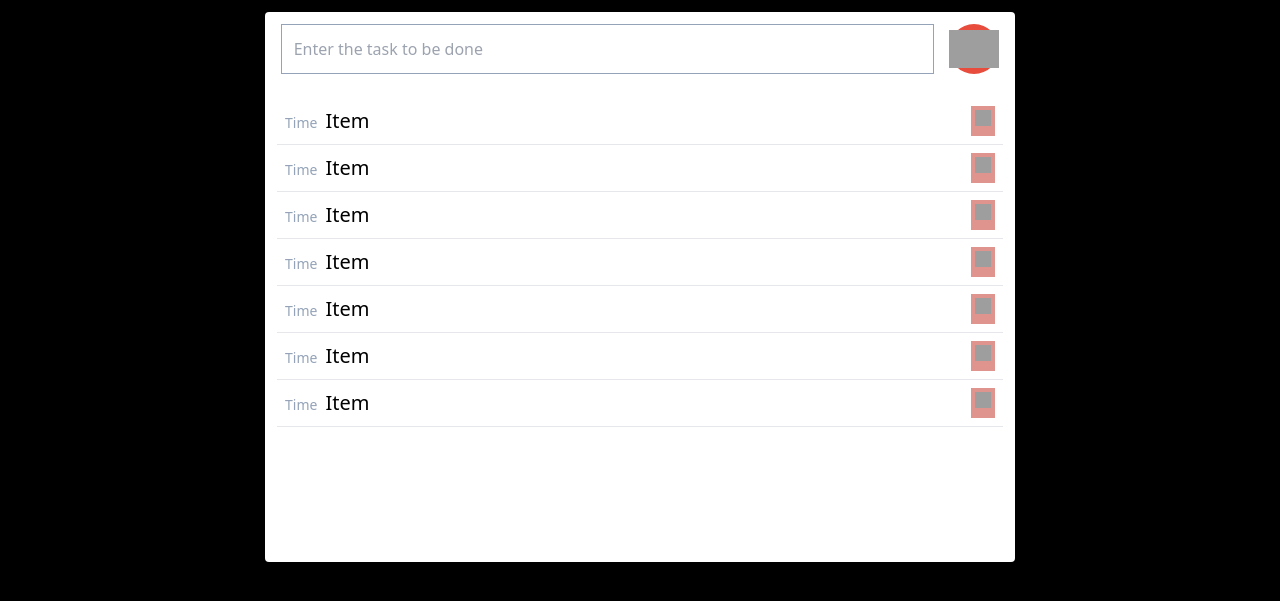
Repository: duttasayan835/todo-app-with-React-and-tailwind-CSS
Page: /
An editor plug-in stored every save of this project. The page is shown before and after the next save, followed by the edit.
The browser window is 1280 px wide. The pictures show the whole page.
Pictures or frames that could not be fetched are drawn as grey boxes. The project was rebuilt for these pictures with package versions that can differ from the ones it lists, and the page was loaded fresh each time.

Above is the page before, as saved 2024-06-12 13:22:16.

After the next save:
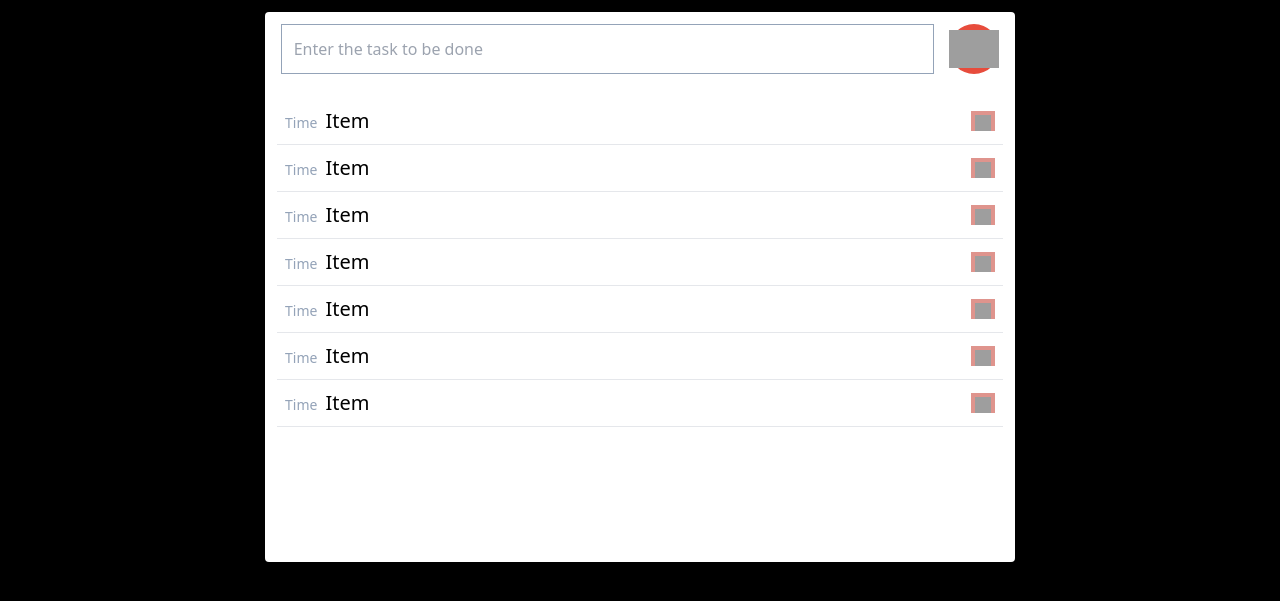
Saved 14 s later.
--- a/src/Components/Item.jsx
+++ b/src/Components/Item.jsx
@@ -7,7 +7,7 @@ export default function Item() {
       onClick={() => setDone(!done)}
       className={`${
         done === true ? "line-through" : ""
-      } flex justify-between w-full p-2 border-b cursor-pointer select-none`}
+      } flex justify-between w-full p-2 border-b cursor-pointer select-none items-center`}
     >
       <div className="">
         <span className="pr-2 text-[14px] text-slate-400">Time</span>
